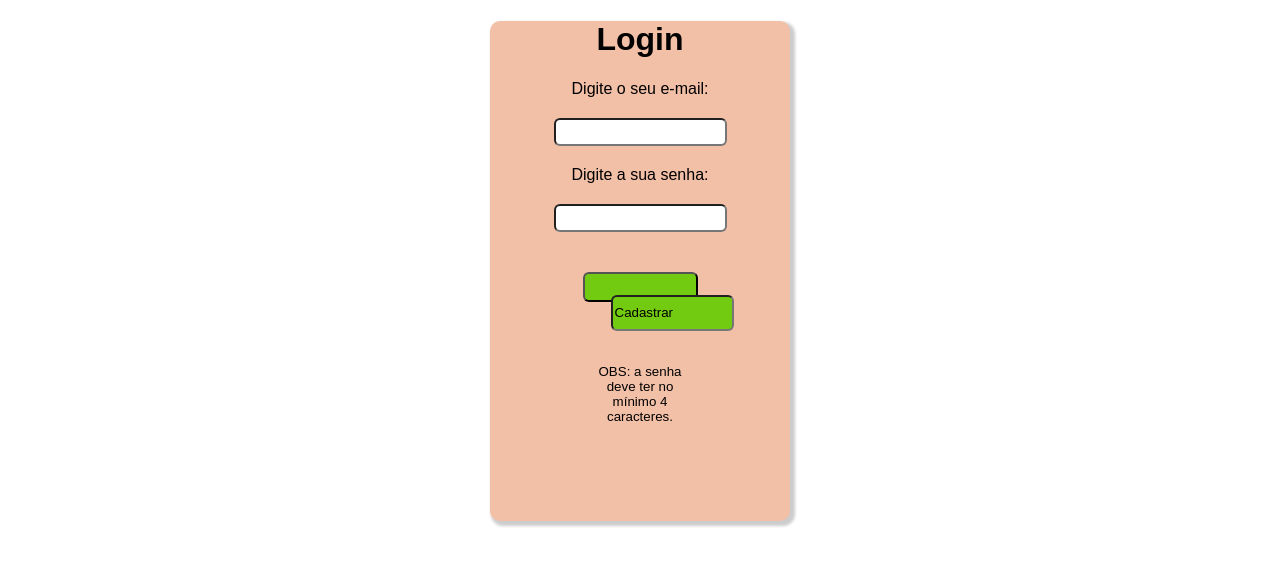
Repository: leviviana21/Java-web-login
Page: http://localhost/conexao_bd/
The author's editor kept a copy of each file at every save. The page is drawn from the files as they stood at one save, then again after the next save.
The browser window is 1280 px wide. The pictures show the whole page.
The page is served by Tomcat 9. Other server files are loaded and not shown.

Above is the page before, as saved 2025-06-20 16:38:02.

### conexao_bd/src/main/webapp/index.jsp
<%@ page language="java" contentType="text/html; charset=UTF-8"
    pageEncoding="UTF-8"%>
<!DOCTYPE html>
<html>
<head>
<meta charset="UTF-8">
<title>Insert title here</title>
<link rel="stylesheet" href="style.css">
</head>
<body>

<div class="container">
	<form action="cadastro" method="post">
        <h1>Login</h1>
        <label>Digite o seu e-mail: </label>
        <input type="email" name="txtEmail" class="emailsenha" >
        <br>
        <label>Digite a sua senha: </label>
        <input type="password" name="txtSenha" class="emailsenha" >
        <br>
        <button type="submit" value="Logar" name="botao" class="botao-login">
        <input  onclick="window.location.href = dashboard.jsp" value="Cadastrar" name="botao" class="botao-login">
        <p>OBS: a senha deve ter no mínimo 4 caracteres.</p>
        <%
			if(request.getAttribute("error") != null){
		%>
		<p class="aviso-erro"><% out.print(request.getAttribute("msg").toString()); %></p>
		<%
			}
		%>
    </form>
</div>
</body>
</html>

### conexao_bd/src/main/webapp/style.css
@charset "UTF-8";

form {
	text-align: center;
	font-family: arial;
}
.emailsenha {
	margin: 20px;
    border-radius: 6px;
    width: 165px;
    height: 22px;
}
.container {
	text-align: center;
	background-color: #F2BFA7;
	border-radius: 10px;
	height: 500px;
	margin: auto;
	width: 300px;
	box-shadow: 3px 3px 3px 2px rgba(0.2, 0.2, 0.2, 0.2);
}

.botao-login {
	border-radius: 6px;
    width: 115px;
    height: 30px;
    margin: 20px;
    background-color: #72cb10;
}
.Mensagem-Sucesso {
	text-align: center;
	font-family: arial;
}
.aviso-erro {
	color: red;
	font-weight: bold;
}

After the next save:
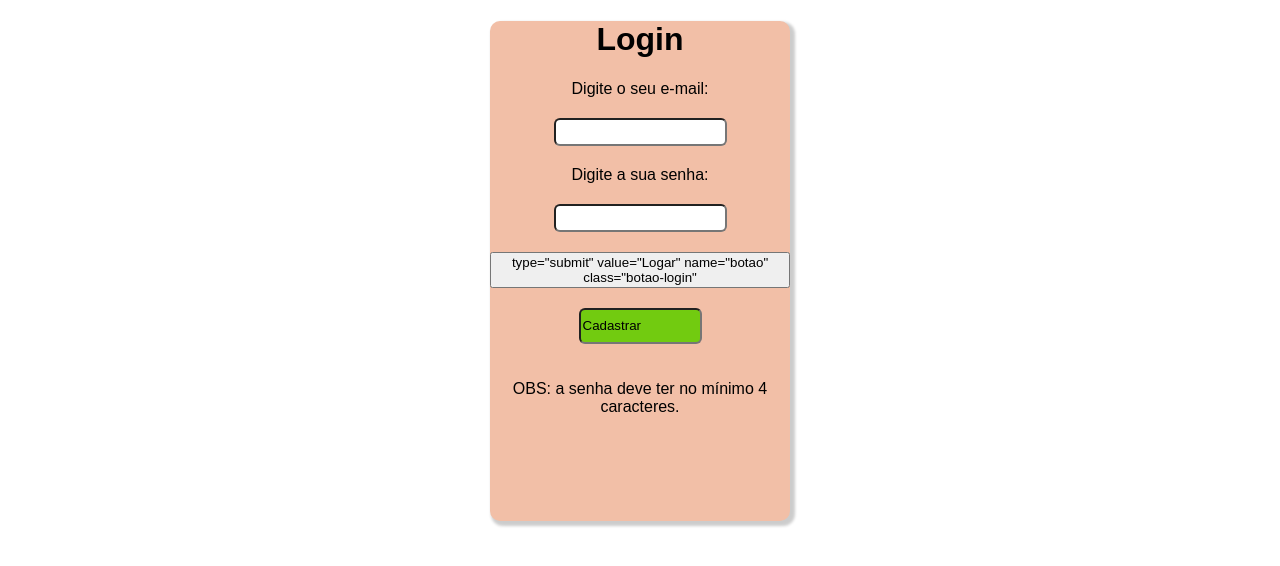
Saved 15 s later.
--- a/conexao_bd/src/main/webapp/index.jsp
+++ b/conexao_bd/src/main/webapp/index.jsp
@@ -18,7 +18,7 @@
         <label>Digite a sua senha: </label>
         <input type="password" name="txtSenha" class="emailsenha" >
         <br>
-        <button type="submit" value="Logar" name="botao" class="botao-login">
+        <button> type="submit" value="Logar" name="botao" class="botao-login"</button>
         <input  onclick="window.location.href = dashboard.jsp" value="Cadastrar" name="botao" class="botao-login">
         <p>OBS: a senha deve ter no mínimo 4 caracteres.</p>
         <%
